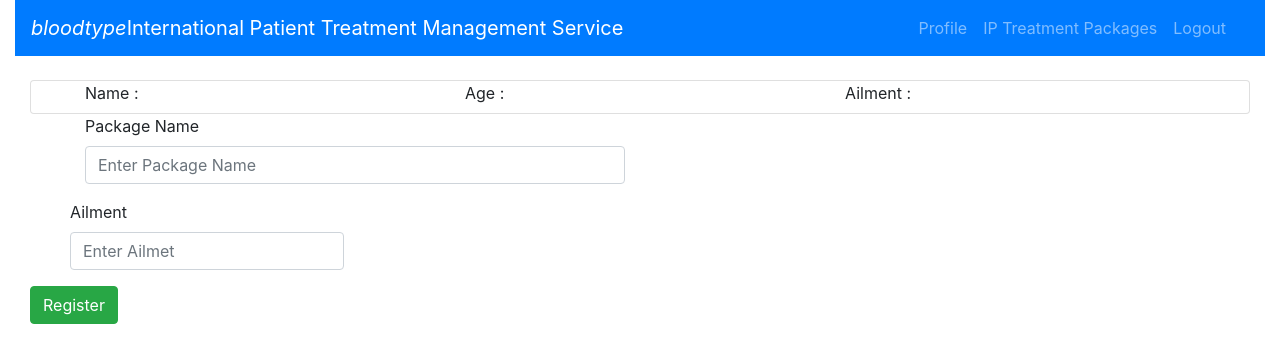
Repository: Vineet2408/POD-Cognizant
Page: http://localhost/iptms-UIportal/WEB-INF/view/IPTreatmentPackagesServices.jsp
The author's editor kept a copy of each file at every save. The page is drawn from the files as they stood at one save, then again after the next save.
The browser window is 1280 px wide. The pictures show the whole page.
The page is served by Tomcat 9. Nobody is signed in. The template is opened directly, without the code that normally fills it, so the values that code supplies are empty.

Above is the page before, as saved 2021-03-07 15:54:16.

After the next save:
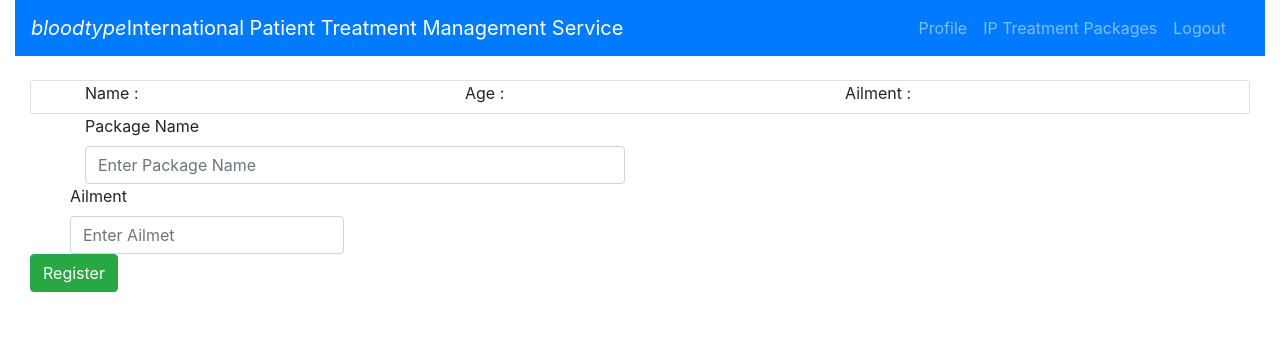
Saved 33 s later.
--- a/iptms-UIportal/src/main/webapp/WEB-INF/view/IPTreatmentPackagesServices.jsp
+++ b/iptms-UIportal/src/main/webapp/WEB-INF/view/IPTreatmentPackagesServices.jsp
@@ -38,14 +38,14 @@
 			<div class="container">
 				<div class="row">
 					<div class="col-md-6">
-						<div class="form-group">
+						<div>
 							<label for="packageName">Package Name</label>
 							<input type="text" class="form-control" id="packageName" name="packageName" placeholder="Enter Package Name">
 						</div>
 					</div>
 					<div class="col-md-5">
 					</div>
-						<div class="form-group">
+						<div>
 							<label for="ailmet">Ailment</label>
 							<input type="number" class="form-control" id="ailmet" name="ailmet" placeholder="Enter Ailmet">
 						</div>
